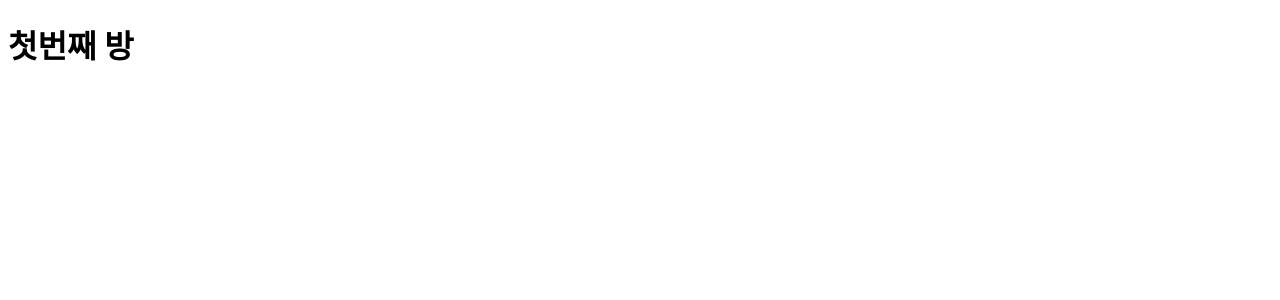
Repository: JungYOsup/Mini_project
Page: http://localhost/EsCape_Room/room_first.jsp
The author's editor kept a copy of each file at every save. The page is drawn from the files as they stood at one save, then again after a run of saves.
The browser window is 1280 px wide. The pictures show the whole page.
The page is served by Tomcat 9. Other server files are loaded and not shown.

Above is the page before, as saved 2018-01-16 07:03:56.

### EsCape_Room/WebContent/room_first.jsp
<!--- 페이지 디렉티브<%--  <%@page %> --%> : JSP페이지에 대한 설정 정보를 지정 -->
<!--인코딩은 UTF-8이고 , html이다.  -->
<!--이렇게 3가지를 구성해줘야지 한글이 안깨짐  -->
<%@ page language="java" contentType="text/html; charset=UTF-8" %>
<%request.setCharacterEncoding("utf-8"); %>
<%response.setContentType("text/html; charset=UTF-8"); %>

<!-- <!DOCTYPE html PUBLIC "-//W3C//DTD HTML 4.01 Transitional//EN" "http://www.w3.org/TR/html4/loose.dtd"> HTML4버전     -->
<!DOCTYPE html> <!--HTML5로 버전을 지정해줌 -->

<html>
<head>
<meta http-equiv="Content-Type" content="text/html; charset=UTF-8">
<title>Insert title here</title>
</head>

<body>

<h1>
<h1>첫번째 방</h1>



</h1>

</body>
</html>

After the next 2 saves:
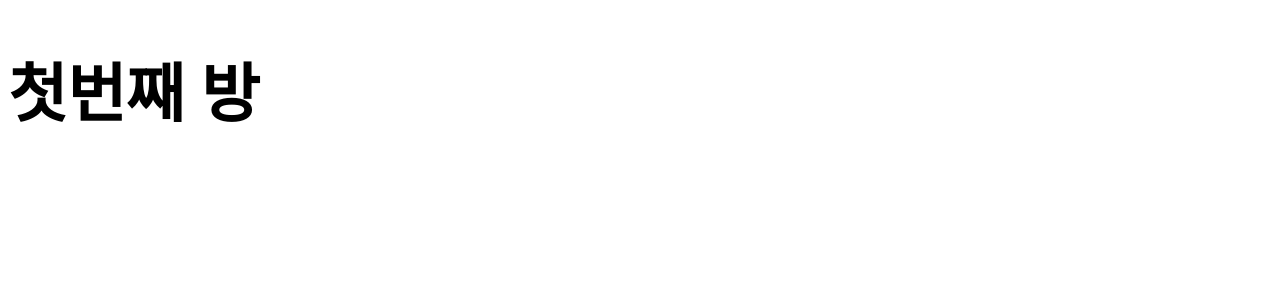
The 2 saves are shown as one change because they came seconds apart.
The last was saved 5 min 8 s later.
--- a/EsCape_Room/WebContent/room_first.jsp
+++ b/EsCape_Room/WebContent/room_first.jsp
@@ -1,12 +1,13 @@
 <!--- 페이지 디렉티브<%--  <%@page %> --%> : JSP페이지에 대한 설정 정보를 지정 -->
 <!--인코딩은 UTF-8이고 , html이다.  -->
 <!--이렇게 3가지를 구성해줘야지 한글이 안깨짐  -->
-<%@ page language="java" contentType="text/html; charset=UTF-8" %>
+<%@ page language="java" contentType="text/html; charset=UTF-8"%>
 <%request.setCharacterEncoding("utf-8"); %>
 <%response.setContentType("text/html; charset=UTF-8"); %>
 
 <!-- <!DOCTYPE html PUBLIC "-//W3C//DTD HTML 4.01 Transitional//EN" "http://www.w3.org/TR/html4/loose.dtd"> HTML4버전     -->
-<!DOCTYPE html> <!--HTML5로 버전을 지정해줌 -->
+<!DOCTYPE html>
+<!--HTML5로 버전을 지정해줌 -->
 
 <html>
 <head>
@@ -16,12 +17,10 @@
 
 <body>
 
-<h1>
-<h1>첫번째 방</h1>
-
-
-
-</h1>
-
+	<h1>
+		<div>
+			<h1>첫번째 방</h1>
+	</h1>
+	</div>
 </body>
 </html>

After the save that followed:
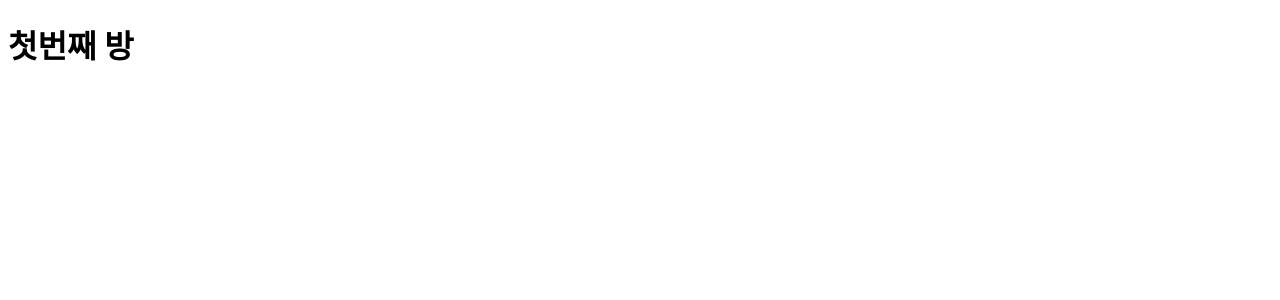
Saved 6 s later.
--- a/EsCape_Room/WebContent/room_first.jsp
+++ b/EsCape_Room/WebContent/room_first.jsp
@@ -17,10 +17,10 @@
 
 <body>
 
-	<h1>
-		<div>
-			<h1>첫번째 방</h1>
-	</h1>
+
+	<div>
+		<h1>첫번째 방</h1>
+
 	</div>
 </body>
 </html>
